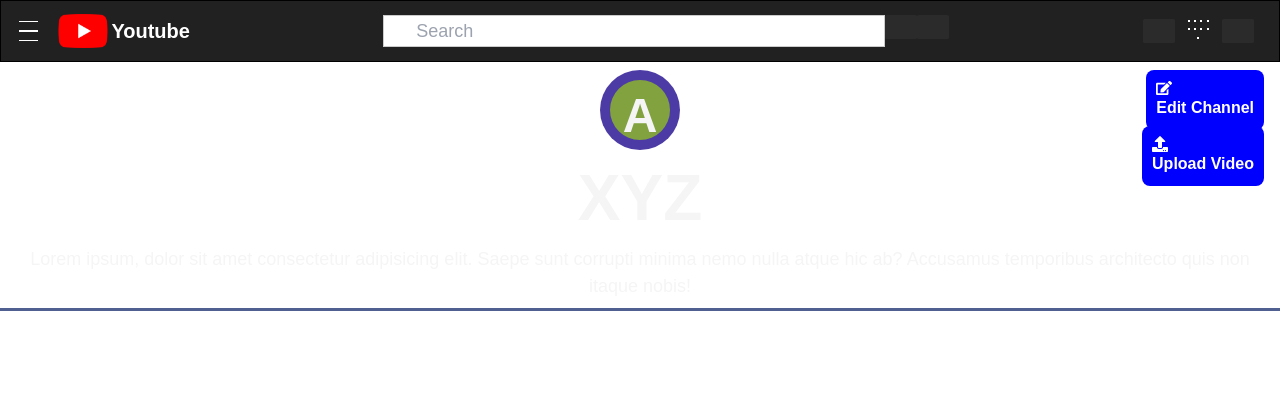
Repository: Avhisek-2023/Youtube
Page: /channel (app in Client/)
These files come from the project's save history. The page is drawn as it stood at one moment and after the next save; the edit follows.
The browser window is 1280 px wide. The pictures show the whole page.
The project was rebuilt for these pictures with package versions that can differ from the ones it lists, and the page was loaded fresh each time. Also part of the build but not shown: Client/vite.config.js, Client/src/components/Navbar/SearchBar/SearchList.css, Client/src/components/Navbar/SearchBar/SearchList.jsx, Client/src/components/Modal.css, Client/src/components/Modal.jsx, Client/src/components/ButttonForModal.jsx, Client/src/pages/Home.css, Client/src/components/LeftSidebar/LeftSidebar.jsx and 23 more. Imported but missing from the stored project, and not drawn on this page: Client/src/components/video/vid.mp4, Client/src/components/video/vid1.mp4, Client/src/components/video/vid2.mp4, Client/src/components/video/vid3.mp4.

Above is the page before, as saved 2024-07-17 08:36:12.

After the next save:
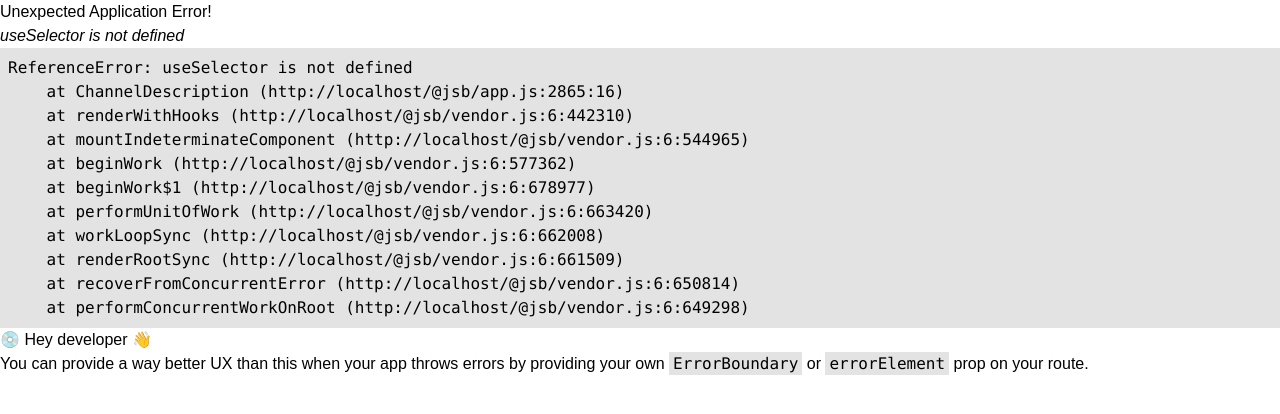
Console error: ReferenceError: useSelector is not defined
Saved 54 s later.
--- a/Client/src/pages/Channel/ChannelDescription.jsx
+++ b/Client/src/pages/Channel/ChannelDescription.jsx
@@ -1,13 +1,8 @@
 import "./ChannelDescription.css";
 import { FaEdit, FaUpload } from "react-icons/fa";
 // import { useSelector } from "react-redux";
-const ChannelDescription = (props) => {
-  console.log(props);
-  //   const channel = useSelector((state) => state.chanelreducer);
-
-  //   const currentchannel = channel.filter((c) => c._id === cid)[0];
-  //   const currentuser = useSelector((state) => state.currentuserreducer);
-  // console.log(currentchannel)
+const ChannelDescription = () => {
+  const user = useSelector((state) => state.user.users[0]);
   return (
     <div className="container3_chanel">
       <div className="chanel_logo_chanel">
